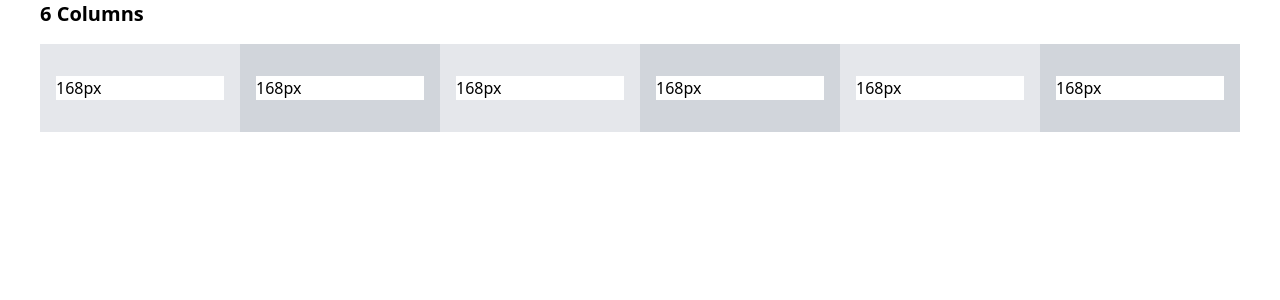
Repository: fabianwurk/vue-tailwind
Page: /
An editor plug-in stored every save of this project. The page is shown before and after the next save, followed by the edit.
The browser window is 1280 px wide. The pictures show the whole page.
The project was rebuilt for these pictures with package versions that can differ from the ones it lists, and the page was loaded fresh each time. Also part of the build but not shown: vite.config.js.

Above is the page before, as saved 2021-03-15 23:09:19.

### src/App.vue
<template>
  <Tail />
  <Wind />
</template>

<script setup>
import Tail from './components/Tail.vue';
// import Wind from './components/Wind.vue';

</script>

### src/components/Tail.vue
<template>
  <div>

  <div class="container mx-auto">
    <h2 class="text-xl font-bold mb-4">6 Columns</h2>
    <div class="flex items-center">
      <div class="w-1/6 bg-gray-200 py-8 px-4">
        <span class="bg-white w-full block">168px</span>
      </div>
      <div class="w-1/6 bg-gray-300 py-8 px-4">
        <span class="bg-white w-full block">168px</span>
      </div>
      <div class="w-1/6 bg-gray-200 py-8 px-4">
        <span class="bg-white w-full block">168px</span>
      </div>
      <div class="w-1/6 bg-gray-300 py-8 px-4">
        <span class="bg-white w-full block">168px</span>
      </div>
      <div class="w-1/6 bg-gray-200 py-8 px-4">
        <span class="bg-white w-full block">168px</span>
      </div>
      <div class="w-1/6 bg-gray-300 py-8 px-4">
        <span class="bg-white w-full block">168px</span>
      </div>
    </div>
  </div>

  </div>
</template>

### tailwind.config.js
module.exports = {
  purge: ['./index.html', './src/**/*.{vue,js,ts,jsx,tsx}'],
  darkMode: false, // or 'media' or 'class'
  theme: {
    extend: {
      screens: {
        'xl': {'min': '1200px', 'max': '1280px'},
        '2xl': {'max': '1280px'},
      },
    },
  },
  variants: {
    extend: {},
  },
  plugins: [],
}

Loaded but not shown: index.html (common file); src/main.js (common file); src/index.css (common file)

After the next save:
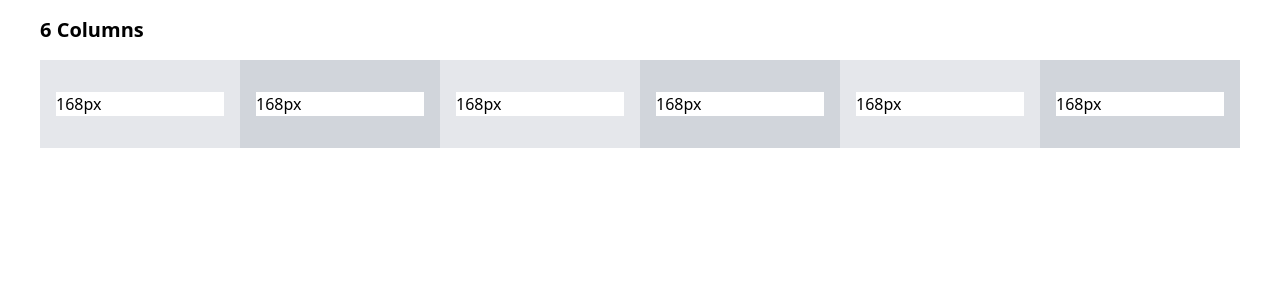
Saved 4 s later.
--- a/src/components/Tail.vue
+++ b/src/components/Tail.vue
@@ -2,7 +2,7 @@
   <div>
 
   <div class="container mx-auto">
-    <h2 class="text-xl font-bold mb-4">6 Columns</h2>
+    <h2 class="text-xl font-bold my-4">6 Columns</h2>
     <div class="flex items-center">
       <div class="w-1/6 bg-gray-200 py-8 px-4">
         <span class="bg-white w-full block">168px</span>
